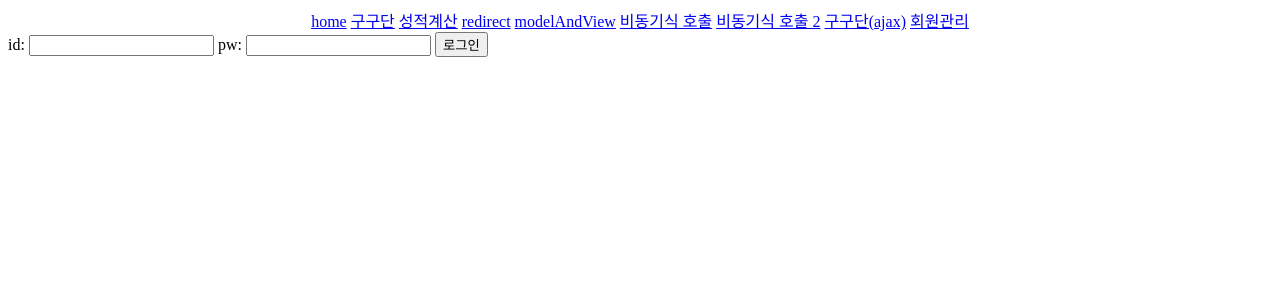
Repository: junhyeoksin/spring_program
Page: http://localhost/springProgram/login.do
These files come from the project's save history. The page is drawn as it stood at one moment and after the next save; the edit follows.
The browser window is 1280 px wide. The pictures show the whole page.
The page is served by Tomcat 9.

Above is the page before, as saved 2022-01-08 03:48:35.

After the next save:
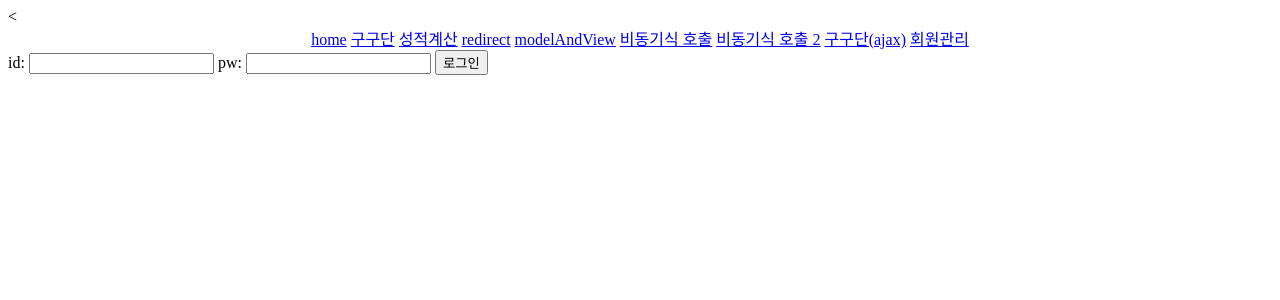
Saved 51 s later.
--- a/springProgram/src/main/webapp/WEB-INF/views/test/login.jsp
+++ b/springProgram/src/main/webapp/WEB-INF/views/test/login.jsp
@@ -1,6 +1,7 @@
 <%@ page language="java" contentType="text/html; charset=UTF-8"
     pageEncoding="UTF-8"%>
 <!DOCTYPE html>
+<<!DOCTYPE html>
 <html>
 <head>
 <meta charset="UTF-8">
@@ -25,10 +26,10 @@ $(function(){
 </script>
 </head>
 <body>
-<%@ include file="../include/menu.jsp"%>
-id: <input type= "text" id = "id">
-pw: <input type = "password" id = "pw">
-<input type = "button" id = "btn_login" value = "로그인">
-<div id = "result"> </div>   <!-- ajax -->
+<%@ include file="../include/menu.jsp" %>
+id: <input type="text" id="id">
+pw: <input type="password" id="pw">
+<input type="button" id="btn_login" value="로그인">
+<div id="result"></div>
 </body>
 </html>
